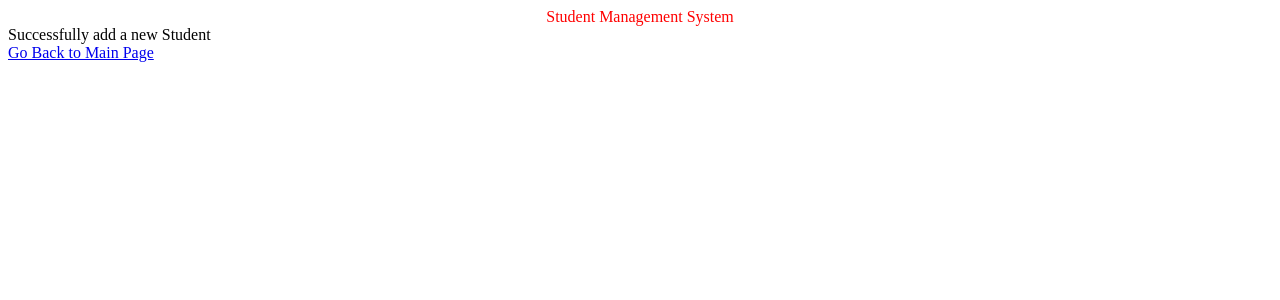
Repository: Aviligonda/Servlet_Programs
Page: http://localhost/StudentManagementSystem/addStudent.jsp
These files come from the project's save history. The page is drawn as it stood at one moment and after the next save; the edit follows.
The browser window is 1280 px wide. The pictures show the whole page.
The page is served by Tomcat 9.

Above is the page before, as saved 2024-11-25 13:06:38.

After the next save:
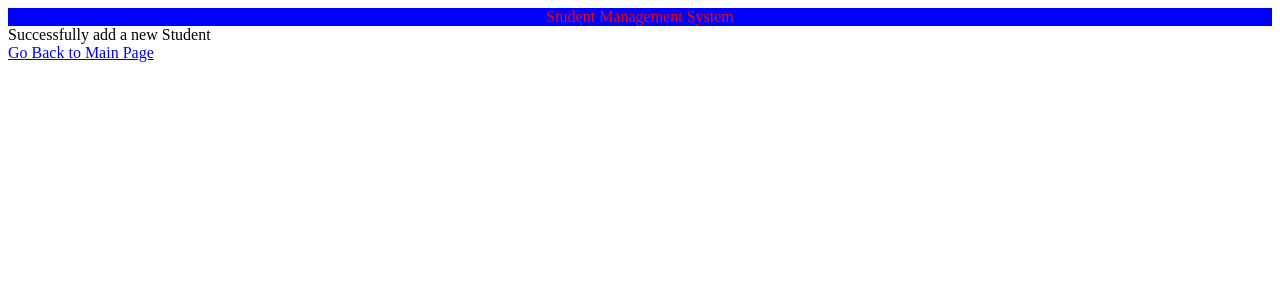
Saved 5 s later.
--- a/StudentManagementSystem/src/main/webapp/header.jsp
+++ b/StudentManagementSystem/src/main/webapp/header.jsp
@@ -8,7 +8,7 @@
 </head>
 <body>
 
-<header style="color:red;text-align:center; size:30px; back-gcolor:blue;"> Student Management System</header>
+<header style="color:red;text-align:center; size:30px; background-color:blue;"> Student Management System</header>
 
 
 

After the 2 saves that followed:
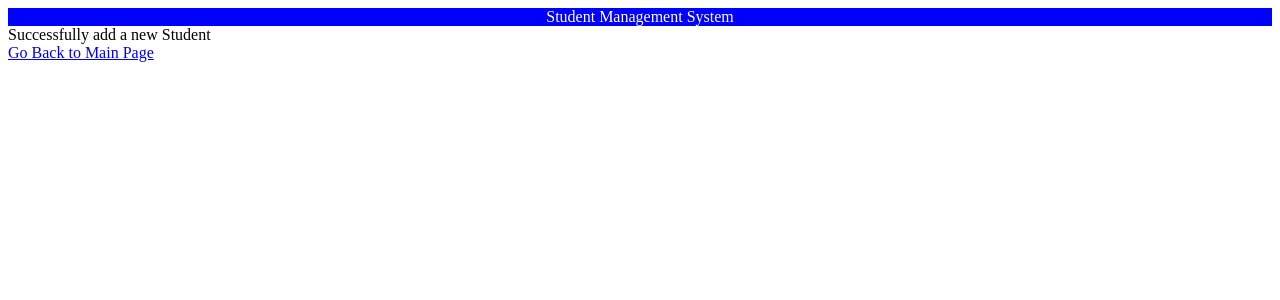
The 2 saves are shown as one change because they came seconds apart.
The last was saved 22 s later.
--- a/StudentManagementSystem/src/main/webapp/header.jsp
+++ b/StudentManagementSystem/src/main/webapp/header.jsp
@@ -8,7 +8,7 @@
 </head>
 <body>
 
-<header style="color:red;text-align:center; size:30px; background-color:blue;"> Student Management System</header>
+<header style="color:white;text-align:center; size:30px; background-color:blue;"> Student Management System</header>
 
 
 
